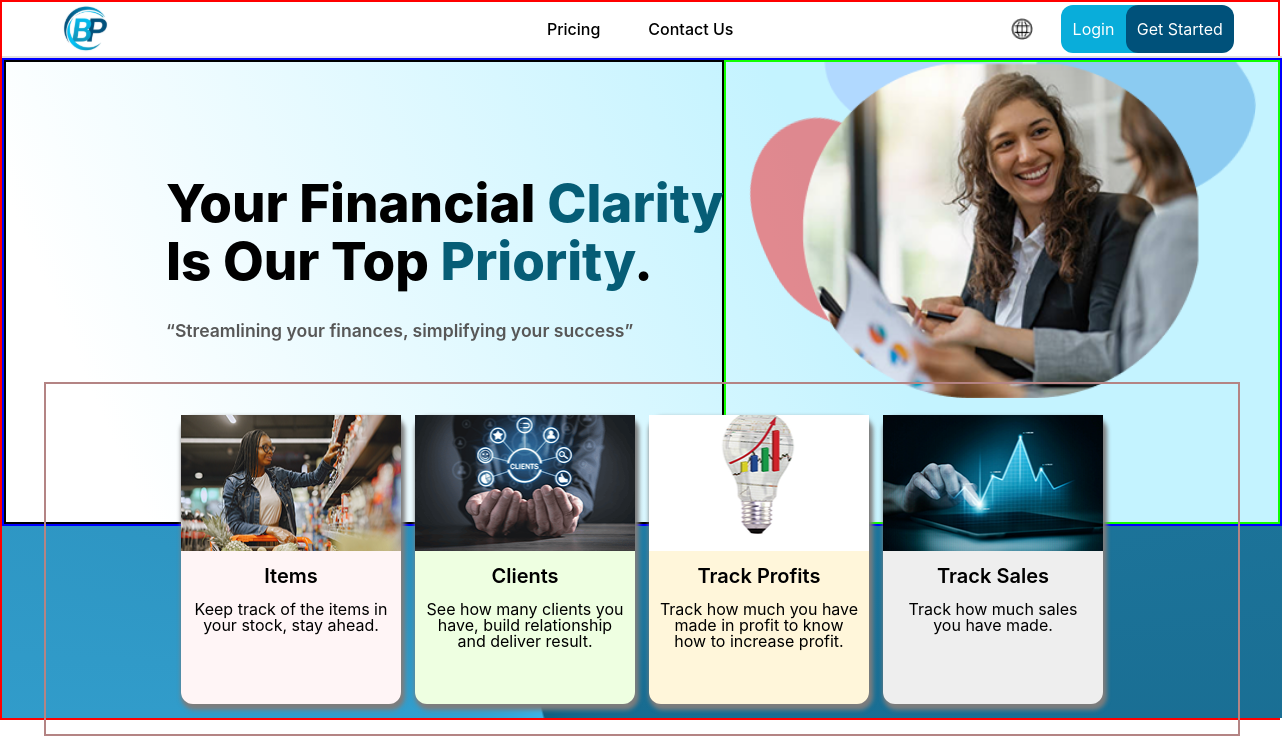
Repository: dark-txch/Bizpadi
Page: /
These files come from the project's save history. The page is drawn as it stood at one moment and after a run of saves; the edit follows.
The browser window is 1280 px wide. The page is 1282 px wide, so the pictures cover 1282 px, including what lies to the right of the window. The pictures show the whole page.
The project was rebuilt for these pictures with package versions that can differ from the ones it lists, and the page was loaded fresh each time. Also part of the build but not shown: vite.config.js, src/components/ErrorBoundary.jsx, src/components/LandingPage/PricingPage/Pricing.jsx, src/components/LandingPage/LogInPage/LogIn.jsx.

Above is the page before, as saved 2025-04-07 10:08:29.

### index.html
<!DOCTYPE html>
<html lang="en">
	<head>
		<meta charset="UTF-8" />
		<link rel="icon" type="image/svg+xml" href="/public/logo.svg" />
		<meta name="viewport" content="width=device-width, initial-scale=1.0" />
		<title>Bizpadi</title>
	</head>
	<body>
		<div id="root"></div>
		<script type="module" src="/src/main.jsx"></script>
	</body>
</html>

### src/index.css
:root {
	font-family: system-ui, Avenir, Helvetica, Arial, sans-serif;
	line-height: 1.5;
	font-weight: 400;

	color-scheme: light dark;
	color: black;
	background-color: white;

	font-synthesis: none;
	text-rendering: optimizeLegibility;
	-webkit-font-smoothing: antialiased;
	-moz-osx-font-smoothing: grayscale;
}

* {
	box-sizing: border-box;
	padding: 0;
	margin: 0;
	outline: none;
	border: none;
}

body {
	height: 100vh;
	width: 100vw;

	font-family: "inter", sans-serif;
}

a {
	text-decoration: none;
}

### src/App.jsx
import "./App.css";
import { BrowserRouter as Router, Routes, Route } from "react-router-dom";
import ErrorBoundary from "./components/ErrorBoundary";
// Upper imports are very important
import Nav from "./components/LandingPage/Nav";
import PricingPage from "./components/LandingPage/PricingPage/Pricing";
import LogInPage from "./components/LandingPage/LogInPage/LogIn";
import MidSection from "./components/LandingPage/MidSection";
import Footer from "./components/LandingPage/Footer";

function LandingPage() {
	return (
		<>
			<div className="landingPageContainer">
				<Nav />
				<MidSection />
				<Footer />
			</div>
		</>
	);
}

function App() {
	return (
		<Router>
			<Routes>
				<Route path="/" element={<LandingPage />} />
				<Route path="/pricing" element={<PricingPage />} />
				<Route path="/login" element={<LogInPage />} />
			</Routes>
		</Router>
	);
}

export default App;

### src/App.css
/*  LANDING PAGE/Main container */

@font-face {
	font-family: "MyCustomFont";
	src: url("/fonts/Inter/Inter-Italic-VariableFont_opsz,wght.ttf")
			format("truetype"),
		url("/fonts/Inter/Inter-VariableFont_opsz,wght.ttf") format("truetype");
	font-weight: normal;
	font-style: normal;
}
/* ------------------------------------------------------------------------------- */
/* THIS IS THE LANDING PAGE CONTAINER */
.landingPageContainer {
	width: 100vw;
	height: 100vh;
	font-family: "Inter", sans-serif;
	display: grid;
	/* grid-template-rows: 3.5rem 2fr 1fr; */
	grid-template-rows: 3.5rem 1fr 12rem;

	border: 2px solid red;
}

/* ------------------------------------------------------------------------------------ */
/*  THIS IS THE NAV CONTAINER */
.homepage-nav {
	width: 100%;
	display: flex;
	padding: 0 3rem 0;
	font-size: 1rem;
	align-items: center;
	justify-content: space-between;
	border-bottom: 2px solid #e1dfdf;
}
/*  THIS IS THE NAV CONTAINER CHILDREN */
.homepage-nav .logo {
	/* THIS IS THE LOGO CONTAINER */
	display: flex;
	flex: 1;
	align-self: center;
	height: inherit;
}
.homepage-nav .logo img {
	/* THIS IS THE LOGO IMG */
	height: 100%;
	width: auto;
}

.homepage-nav .pricingContact {
	/* THIS IS THE PRICING AND CONTACT US CONTAINER */
	display: flex;
	flex: 3;
	justify-content: center;
	gap: 3rem;
	font-weight: 500;
	line-height: 100%;
	letter-spacing: 0%;
}
.homepage-nav .pricingContact a {
	color: black;
	cursor: pointer;
}

.homepage-nav .loginGetStarted {
	/*THIS IS THE LOGIN AND GET STARTED CONTAINER*/
	height: 3rem;
	display: flex;
	flex: 1;
	justify-content: end;
	align-items: center;
	gap: 0.7rem;
	color: white;
	border-radius: 12px;
}
.homepage-nav .loginGetStarted img {
	/* THIS IS THE LOGIN AND GET STARTED IMAGE */
	height: 1.5rem;
	transform: translate(1rem, 0);
}
.homepage-nav .loginGetStarted a:nth-of-type(1) {
	/* THIS IS THE LOGIN BUTTON */
	background-color: #09adda;
	color: inherit;
	height: inherit;
	border-radius: inherit;
	display: flex;
	align-items: center;
	padding: 0 2rem 0 0.7rem;
	transform: translate(2rem, 0);
}

.homepage-nav .loginGetStarted a:nth-of-type(2) {
	/* THIS IS THE GET STARTED BUTTON*/
	background-color: #00517a;
	display: flex;
	align-items: center;
	white-space: nowrap;
	color: inherit;
	height: inherit;
	border-radius: inherit;
	padding: 0 0.7rem;
	position: relative;
	z-index: 2;
}

/* MIDSECTION -------------------------------------------------------------------------------*/
/* THIS IS THE MIDSECTION THAT HOUSES THE HEADER AND PARAGRAPH */
.midSection {
	display: flex;
	justify-content: center;
	/* align-items: center; */
	width: 100%;
	background: linear-gradient(246.72deg, #c4f3ff 34.96%, #ffffff 90.24%);

	border: 2px solid rgb(0, 0, 255);
}
.landingPageMotto {
	/* THIS IS THE CONTAINER FOR THE HEADER AND PARAGRAPH */
	padding: 3rem;
	/* max-width: 40rem; */
	max-width: 45rem;
	width: 100%;
	flex: 0 0 auto;
	white-space: nowrap;
	/* transform: translate(8rem, 0); */

	border: 2px solid black;
}
.landingPageMotto > h1 {
	font-weight: 800;
	font-size: 3.3rem;
	line-height: 110%;
	text-transform: capitalize;
	margin: 4rem 7rem 2rem;
}
.landingPageMotto > h1 span {
	color: #065d76;
}
.landingPageMotto > p {
	font-weight: 600;
	font-size: 1.1rem;
	line-height: 100%;
	letter-spacing: 0%;
	margin-left: 7rem;
	color: #575757;
}

.landingPageImages {
	/* THIS IS THE LANDING PAGE IMAGES CONTAINER*/
	flex: 1; /* grow to take remaining space */
	height: 100%;
	display: flex;
	justify-content: center;
	/* align-items: center; */
	/* padding: 3rem; */
	overflow: hidden;
	position: relative; /* so children can be absolutely positioned */

	border: 2px solid rgb(17, 255, 0);
}

.landingPageImages > img {
	/* border: 2px solid green; */
	position: absolute;
	/* margin-top: -3rem; */
}

.landingPageImages > img:nth-of-type(1) {
	/* MAIN SMILEY IMAGE */
	border-radius: 150px;
	width: 25rem;
	z-index: 100;
	/* border: 2px solid green; */
}

.landingPageImages > img:nth-of-type(2) {
	/* THIS IS THE BLACK VECTOR */
	width: 175.07px;
	height: 184.4px;
	transform: translate(5rem, 6.5rem);

	/* border: 2px solid green; */
}

.landingPageImages > img:nth-of-type(3) {
	/* EGG ROUND LIGHT BLUE VECTOR */
	width: 12.6rem;
	height: 11rem;
	opacity: 0.63;
	transform: translate(-4.8rem, -6rem);

	/* border: 2px solid green; */
}

.landingPageImages > img:nth-of-type(4) {
	/* DARK ORANGE VECTOR*/
	/* height: 153px; */
	height: 14rem;
	width: 152px;
	transform: translate(-10.5rem, 3.3rem) rotate(-15deg);

	/* border: 2px solid green; */
}

.landingPageImages > img:nth-of-type(5) {
	/* BLUE VECTOR TOP RIGHT*/
	width: 14rem;
	height: 15rem;
	transform: translate(9rem, -6.5rem) rotate(6deg);

	/* border: 2px solid green; */
}

/* FOOTER---------------------------------------------------------------------------------------------- */
/* This is the footer section/container that houses the feature container */
.footer {
	width: 100vw;
	display: flex;
	justify-content: center;
	/* flex: 1; */
	background: conic-gradient(
		from 164.13deg at 41.58% 79.97%,
		#115e80 0deg,
		#3db3e6 3.6deg,
		#115e80 360deg
	);
}

.footer > section {
	width: 1196px;
	height: 354px;
	display: flex;
	justify-content: center;
	align-items: center;
	gap: 14px;
	position: absolute;
	/* top: 400px; */
	transform: translate(0, -9rem);
	z-index: 999;

	border: 2px solid rgb(180, 132, 132);
}

/* This is the container that houses all the features in the footer */
.featuresContainer {
	width: 220px;
	height: 289px;
	border-radius: 12px;
	text-align: center;
	letter-spacing: 0%;
	box-shadow: 2px 4px 4px 2px #7d7d7d;
}

.featuresContainer h1 {
	font-weight: 600;
	font-size: 20px;
	line-height: 100%;
	margin-bottom: 15px;
}

.featuresContainer p {
	font-weight: 400;
	font-size: 16px;
	line-height: 100%;
	padding: 0 10px 0;
}

/* This is the general image container for the featuresContainer */
.imageContainer {
	height: 136px;
	width: 100%;
	margin-bottom: 15px;
}

/* General styling for the images in the imageContainer */
.imageContainer img {
	width: 100%;
	height: 100%;
}

/* Added colors to the backgrounds of the footer featuresContainer individually */
.items {
	background-color: #fff5f6;
}
.clients {
	background-color: #eeffe1;
}
.trackProfits {
	background-color: #fff6da;
}
.trackSales {
	background-color: #eeeeee;
}

### src/components/LandingPage/Nav.jsx
import { Link } from "react-router-dom";

export default function Nav() {
	return (
		<>
			{/* THIS IS THE NAV CONTAINER */}
			<nav className="homepage-nav">
				{/* THIS IS THE LOGO CONTAINER */}
				<div className="logo">
					<img src="/assets/icons/logo.svg" alt="Bizpadi icon" />
				</div>

				{/* THIS IS THE PRICING AND CONTACT US CONTAINER */}
				<div className="pricingContact">
					<Link to="/pricing">Pricing</Link>
					<a href="#">Contact Us</a>
				</div>

				{/* THIS IS THE LOGIN AND GET STARTED CONTAINER*/}
				<div className="loginGetStarted">
					<img src="/assets/icons/world.png" alt="world" />
					<Link to="/login">Login</Link>
					<a href="#">Get Started</a>
				</div>
			</nav>
		</>
	);
}

### src/components/LandingPage/MidSection.jsx
export default function MidSection() {
	return (
		<section className="midSection">
			<div className="landingPageMotto">
				<h1>
					Your financial{" "}
					<span>
						clarity <br />
					</span>
					is our top <span>priority</span>.
				</h1>
				<p>“Streamlining your finances, simplifying your success”</p>
			</div>

			{/* This is the images section in the mid section */}
			<div className="landingPageImages">
				<img src="/assets/images/smiley.png" alt="smiley" />
				<img src="/assets/images/Vector-black.png" alt="vector-black" />
				<img src="/assets/images/Vector-blue.png" alt="vector-blue" />
				<img src="/assets/images/Vector-orange.png" alt="vector-orange" />
				<img src="/assets/images/Vector.png" alt="vector" />
			</div>
		</section>
	);
}

### src/components/LandingPage/Footer.jsx
export default function Footer() {
	return (
		<div className="footer">
			{/* The section container is the parent to the features */}
			<section>
				<div className="featuresContainer items">
					{/* The feautureOntainer class is given to all the divs housing the features */}
					<div className="imageContainer">
						<img src="/public/assets/images/client-1.png" alt="client-1" />
					</div>
					<h1>Items</h1>
					<p>Keep track of the items in your stock, stay ahead.</p>
				</div>

				<div className="featuresContainer clients">
					<div className="imageContainer">
						<img src="/public/assets/images/client-2.png" alt="client-2" />
					</div>
					<h1>Clients</h1>
					<p>
						See how many clients you have, build relationship and deliver
						result.
					</p>
				</div>

				<div className="featuresContainer trackProfits">
					<div className="imageContainer">
						<img
							src="/public/assets/images/track-profit.png"
							alt="track-profit"
						/>
					</div>
					<h1>Track Profits</h1>
					<p>
						Track how much you have made in profit to know how to increase
						profit.
					</p>
				</div>

				<div className="featuresContainer trackSales">
					<div className="imageContainer">
						<img
							src="../../../public/assets/images/track-sales.png"
							alt="track-sales"
						/>
					</div>
					<h1>Track Sales</h1>
					<p>Track how much sales you have made.</p>
				</div>
			</section>
		</div>
	);
}

Loaded but not shown: src/main.jsx (common file)

After the next 2 saves:
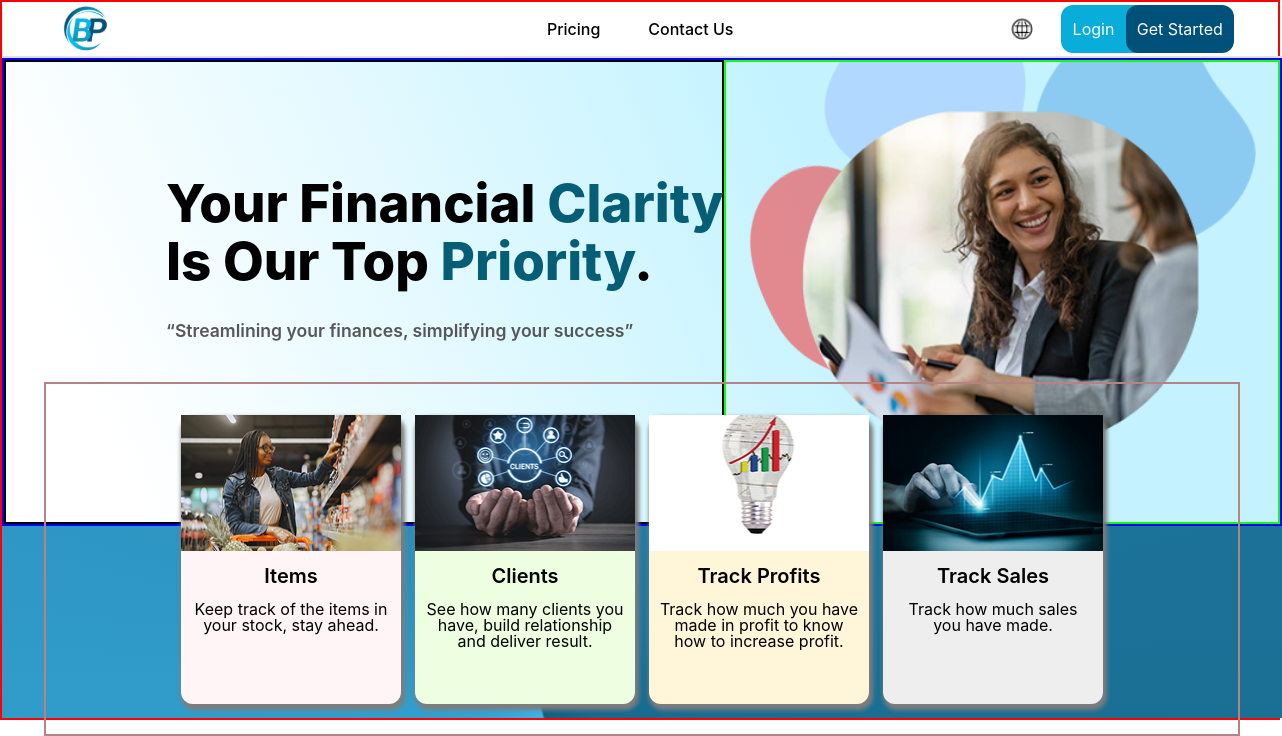
The 2 saves are shown as one change because they came seconds apart.
The last was saved 8 s later.
--- a/src/App.css
+++ b/src/App.css
@@ -162,7 +162,7 @@
 .landingPageImages > img {
 	/* border: 2px solid green; */
 	position: absolute;
-	/* margin-top: -3rem; */
+	margin-top: 3rem;
 }
 
 .landingPageImages > img:nth-of-type(1) {
